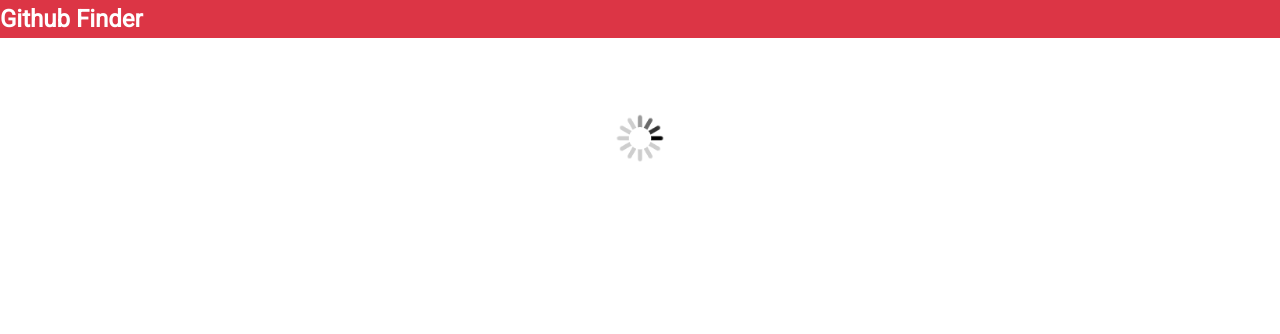
Repository: 7harshit20/github-users-finder
Page: /
An editor plug-in stored every save of this project. The page is shown before and after the next save, followed by the edit.
The browser window is 1280 px wide. The pictures show the whole page.
The page's requests for data from a server got no answer. The project was rebuilt for these pictures with package versions that can differ from the ones it lists, and the page was loaded fresh each time. No one was signed in, and anything a server would have sent is missing. Also part of the build but not shown: src/component/users/UserItems.js.

Above is the page before, as saved 2021-10-02 16:01:19.

After the next save:
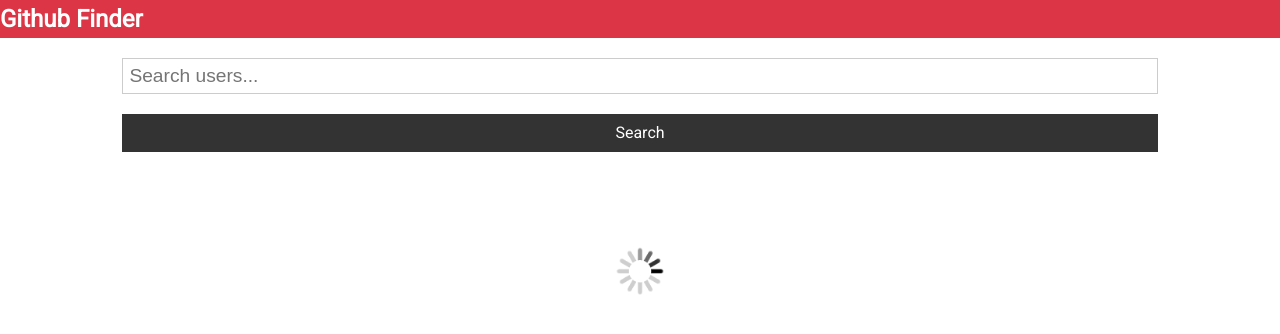
Saved 56 s later.
--- a/src/App.js
+++ b/src/App.js
@@ -2,6 +2,7 @@
 import React, { Component } from 'react';
 import Navbar from './component/layout/Navbar';
 import Users from './component/users/Users';
+import Search from './component/users/Search';
 
 class App extends Component {
   state = {
@@ -39,6 +40,7 @@
       <div className="App">
         <Navbar title={name} />
         <div className="container">
+          <Search />
           <Users loading={loading} users={users} />
         </div>
       </div>
